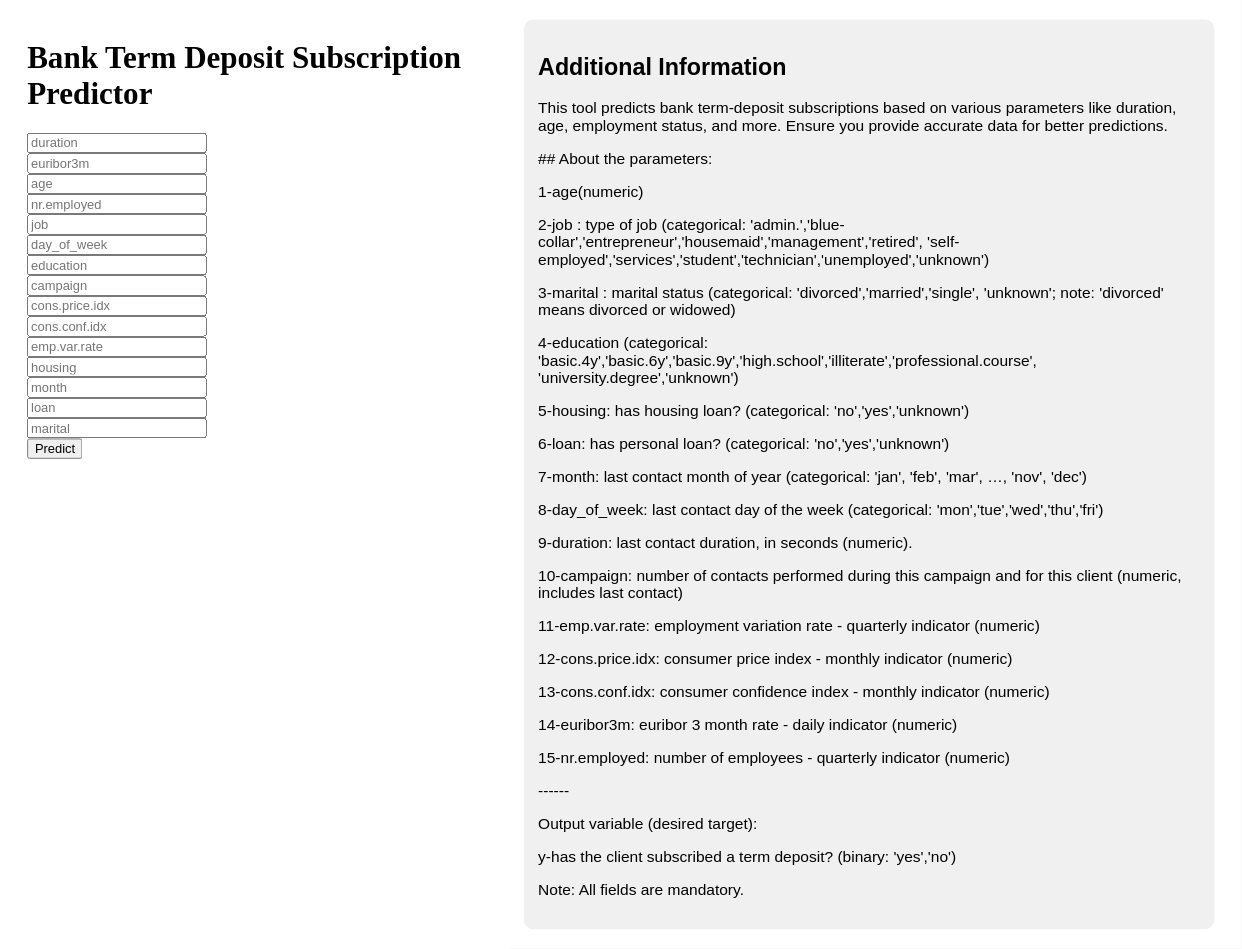
Repository: sameerhussain6/End-to-End-ML-Bank-term-Prediction
Page: templates/home.html
The author's editor kept a copy of each file at every save. The page is drawn from the files as they stood at one save, then again after the next save.
The browser window is 1280 px wide. The pictures show the whole page, at 97% of full size.
Some web fonts or font styles are not loaded; a fallback is used. The template is drawn by Flask 3. The application's start-up code is not run. Other server files are loaded and not shown. The template is opened directly, without the code that normally fills it, so the values that code supplies are empty.

Above is the page before, as saved 2025-01-31 19:41:03.

### templates/home.html
<!DOCTYPE html>
<html>

<head>
  <meta charset="UTF-8">
  <title>BANK TERM-DEPOSIT Subscription</title>
  <link href='https://fonts.googleapis.com/css?family=Pacifico' rel='stylesheet' type='text/css'>
  <link href='https://fonts.googleapis.com/css?family=Arimo' rel='stylesheet' type='text/css'>
  <link href='https://fonts.googleapis.com/css?family=Hind:300' rel='stylesheet' type='text/css'>
  <link href='https://fonts.googleapis.com/css?family=Open+Sans+Condensed:300' rel='stylesheet' type='text/css'>

  <style>
    .content-container {
      display: flex;
      justify-content: space-between;
      margin: 20px;
    }
    .login {
      width: 60%;
    }
    .info-box {
      width: 80%;
      background-color: #f0f0f0;
      padding: 15px;
      border-radius: 10px;
      font-family: 'Arimo', sans-serif;
    }
  </style>
</head>

<body>
  <div class="content-container">
    <div class="login">
      <h1>Bank Term Deposit Subscription Predictor</h1>

      <form action="{{ url_for('predict')}}" method="post">
        <input type="text" name="duration" placeholder="duration" required="required" /><br>
        <input type="text" name="euribor3m" placeholder="euribor3m" required="required" /><br>
        <input type="text" name="age" placeholder="age" required="required" /><br>
        <input type="text" name="nr.employed" placeholder="nr.employed" required="required" /><br>
        <input type="text" name="job" placeholder="job" required="required" /><br>
        <input type="text" name="day_of_week" placeholder="day_of_week" required="required" /><br>
        <input type="text" name="education" placeholder="education" required="required" /><br>
        <input type="text" name="campaign" placeholder="campaign" required="required" /><br>
        <input type="text" name="cons.price.idx" placeholder="cons.price.idx" required="required" /><br>
        <input type="text" name="cons.conf.idx" placeholder="cons.conf.idx" required="required" /><br>
        <input type="text" name="emp.var.rate" placeholder="emp.var.rate" required="required" /><br>
        <input type="text" name="housing" placeholder="housing" required="required" /><br>
        <input type="text" name="month" placeholder="month" required="required" /><br>
        <input type="text" name="loan" placeholder="loan" required="required" /><br>
        <input type="text" name="marital" placeholder="marital" required="required" /><br>
        <button type="submit" class="btn btn-primary btn-block btn-large">Predict</button>

    </form>
  </p>{{prediction_text}}</p>
    </div>


    <div class="info-box">
      <h2>Additional Information</h2>
      <p>This tool predicts bank term-deposit subscriptions based on various parameters like duration, age, employment status,
        and more. Ensure you provide accurate data for better predictions.</p>
      </p>## About the parameters:</p>
    </p>1-age(numeric)</p>
    </p>2-job : type of job (categorical: 'admin.','blue-collar','entrepreneur','housemaid','management','retired',
                 'self-employed','services','student','technician','unemployed','unknown')</p>
    </p>3-marital : marital status (categorical: 'divorced','married','single',
                   'unknown'; note: 'divorced' means divorced or widowed)</p>
    </p>4-education (categorical: 'basic.4y','basic.6y','basic.9y','high.school','illiterate','professional.course',
            'university.degree','unknown')</p>
    </p>5-housing: has housing loan? (categorical: 'no','yes','unknown')</p>
    </p>6-loan: has personal loan? (categorical: 'no','yes','unknown')</p>
    </p>7-month: last contact month of year (categorical: 'jan', 'feb', 'mar', …, 'nov', 'dec')</p>
    </p>8-day_of_week: last contact day of the week (categorical: 'mon','tue','wed','thu','fri')</p>
    </p>9-duration: last contact duration, in seconds (numeric).</p>
    </p>10-campaign: number of contacts performed during this campaign and for this client (numeric, includes last contact)</p>
    </p>11-emp.var.rate: employment variation rate - quarterly indicator (numeric)</p>
    </p>12-cons.price.idx: consumer price index - monthly indicator (numeric)</p>
    </p>13-cons.conf.idx: consumer confidence index - monthly indicator (numeric)</p>
    </p>14-euribor3m: euribor 3 month rate - daily indicator (numeric)</p>
    </p>15-nr.employed: number of employees - quarterly indicator (numeric)</p>
        ------
    </p>Output variable (desired target):</p>
  </p>y-has the client subscribed a term deposit? (binary: 'yes','no')</p>
      <p>Note: All fields are mandatory.</p>
    </div>
  </div>
</body>

</html>

After the next save:
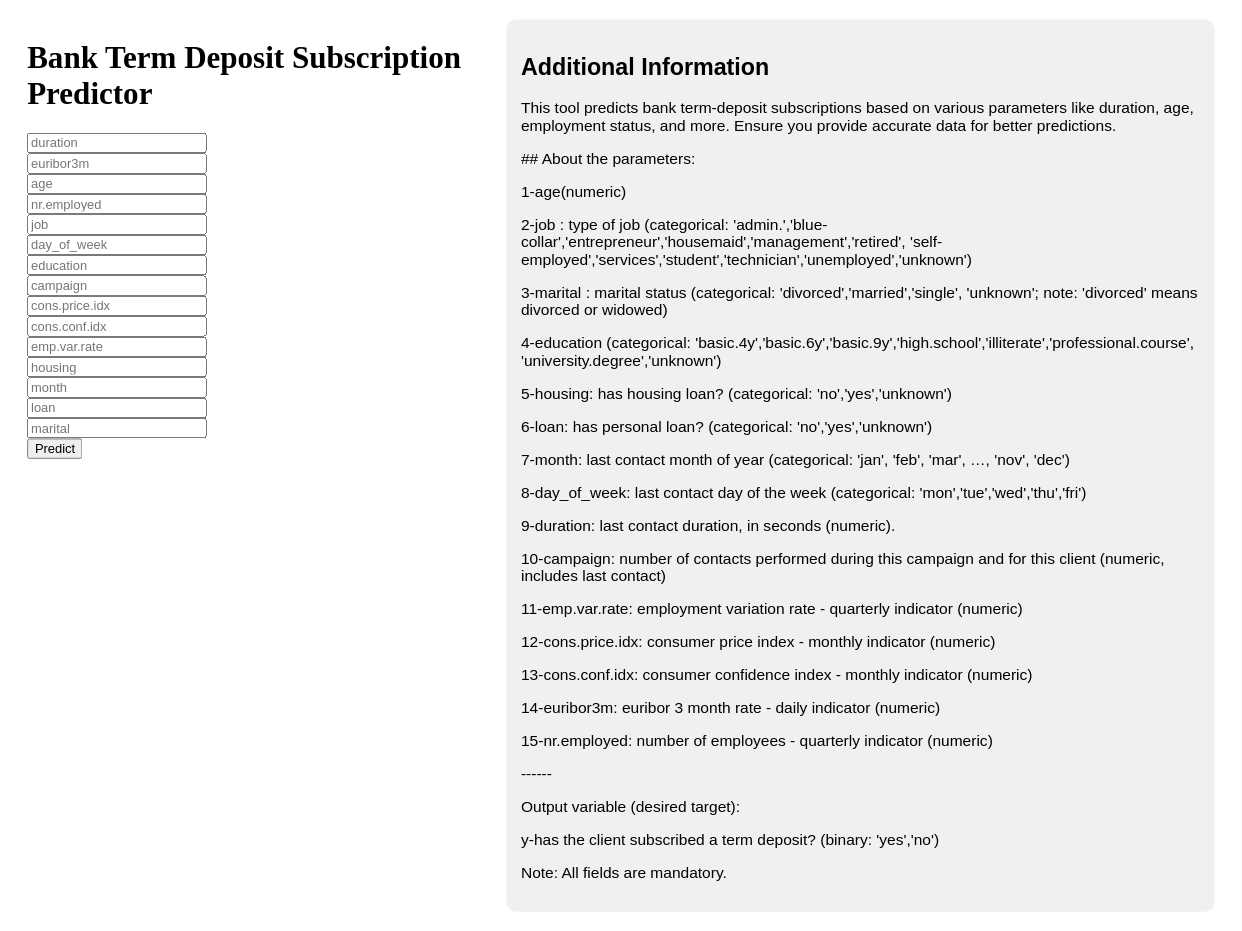
Saved 15 s later.
--- a/templates/home.html
+++ b/templates/home.html
@@ -19,7 +19,7 @@
       width: 60%;
     }
     .info-box {
-      width: 80%;
+      width: 85%;
       background-color: #f0f0f0;
       padding: 15px;
       border-radius: 10px;
